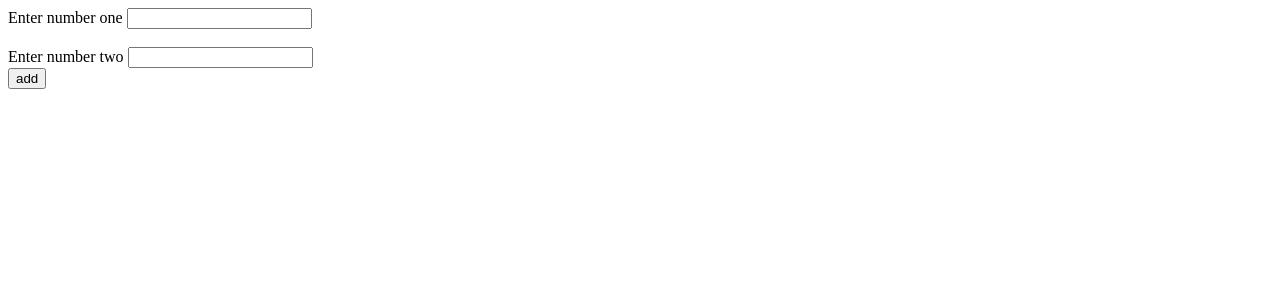
Repository: pauljinn/Java-Course
Page: http://localhost/SpringMVC/
These files come from the project's save history. The page is drawn as it stood at one moment and after the next save; the edit follows.
The browser window is 1280 px wide. The pictures show the whole page.
The page is served by Tomcat 10.

Above is the page before, as saved 2025-02-27 23:11:38.

After the next save:
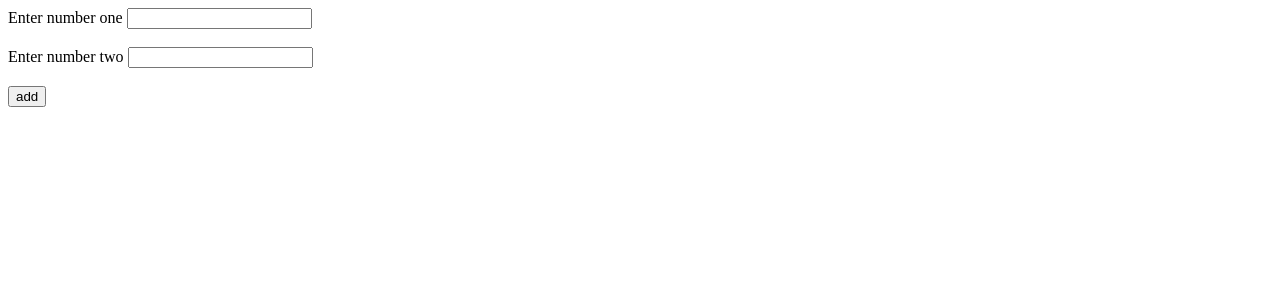
Saved 20 s later.
--- a/SpringMVC/src/main/webapp/index.jsp
+++ b/SpringMVC/src/main/webapp/index.jsp
@@ -10,7 +10,7 @@
 	<form action="add">
 		<label for="numOne">Enter number one</label> <input type="number"
 			name="numOne" /> <br /> <br /> <label for="numTwo">Enter
-			number two</label> <input type="number" name="numTwo" /> <br /> <input
+			number two</label> <input type="number" name="numTwo" /> <br /><br/> <input
 			type="submit" value="add" />
 	</form>
 </body>
